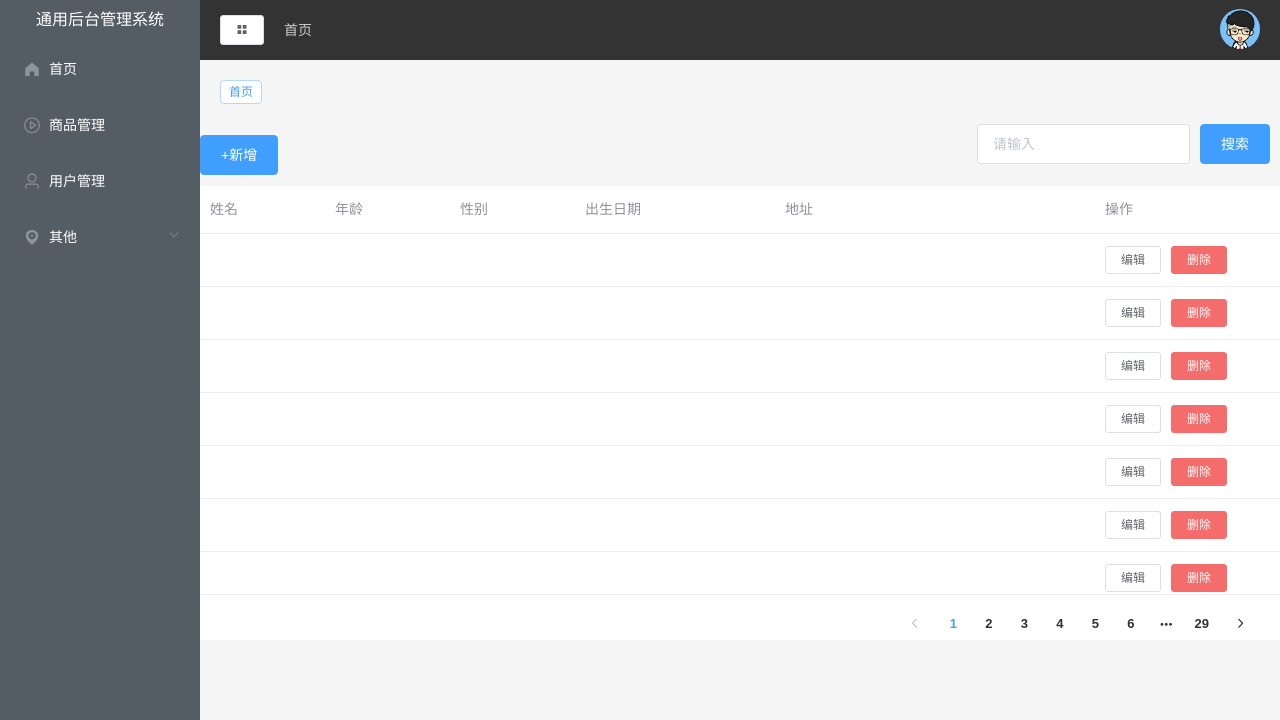
Repository: erwtt/git-demo
Page: /user (app in 后台管理系统/)
The author's editor kept a copy of each file at every save. The page is drawn from the files as they stood at one save, then again after the next save.
The browser window is 1280 px wide. The pictures show the whole page.
An inner scrolling area shows only its first screen. The project was rebuilt for these pictures with package versions that can differ from the ones it lists, and the page was loaded fresh each time. Also part of the build but not shown: 后台管理系统/vue.config.js.

Above is the page before, as saved 2022-05-17 20:59:51.

### 后台管理系统/src/App.vue
<template>
  <div>
    <router-view></router-view>
  </div>
</template>

<script>

export default {
  name:'app',

}

</script>

<style>
  html,body{
    margin:0;
    padding: 0;
  }
</style>

### 后台管理系统/src/store/index.js
import Vue from 'vue'
import Vuex from 'vuex'
import tab from './tab'
Vue.use(Vuex)


export default new Vuex.Store({
    modules:{
        tab
    }
})

### 后台管理系统/api/mock.js
import Mock from 'mockjs'
import homeApi from './mockServeData/home.js'
import userApi from './mockServeData/user'

Mock.mock('/api/home/getData',homeApi.getStatisticalData)
Mock.mock(/api\/user\/add/,'post',userApi.createUser)               // '\'表示反转义，表明后面是字符串
Mock.mock(/api\/user\/edit/,'post',userApi.updateUser)
Mock.mock(/api\/user\/getUser/,'get',userApi.getUserList)
Mock.mock(/api\/user\/del/,'post',userApi.deleteUser)

### 后台管理系统/src/views/main.vue
<template>
  <el-container style="height: 100%">
    <el-aside width="auto">
      <common-aside></common-aside>
    </el-aside>
    <el-container>
      <el-header>
        <common-header></common-header>
      </el-header>
      <common-tag></common-tag>
      <el-main>
        <router-view></router-view>
      </el-main>
    </el-container>
  </el-container>

</template>

<script>
//import CommonHeaderVue from '@/components/CommonHeader.vue'
//import { component } from 'vue/types/umd'
import CommonAside from '../components/CommonAside.vue'
import CommonHeader from '../components/CommonHeader.vue'
import CommonTag from '../components/CommonTag.vue'
export default {
  name:'Home',
  data(){
    return{

    }
  },
  components:{
    CommonAside,
    CommonHeader,
    CommonTag
  }
}
</script>

<style lang='less' scoped>
  .el-header{
    background: #333;
  }
  .el-main{
    padding: 0;
  }
</style>

### 后台管理系统/src/views/user/index.vue
<template>
  <div class="manage">
     <el-dialog
        :title="operateType === 'add' ? '新增用户' : '更新用户'"
        :visible.sync="isShow"
      >
        <common-form
            :formLabel="operateFormLabel"
            :form="operateForm"
            :inline="true"
            ref="form"
        ></common-form>
        <div slot="footer" class="dialog-footer">
            <el-button @click="isShow = false">取消</el-button>
            <el-button type="primary" @click="confirm">确定</el-button>
        </div>
        </el-dialog>
        <div class="manage-header">
            <el-button type="primary" @click="addUser">+新增</el-button>
             <common-form
            :formLabel="formLabel"
            :form="searchForm"
            :inline="true"
            ref="form"
        >
            <el-button type="primary" @click="getList(searchForm.keyword)" >搜索</el-button>
        </common-form>
        </div>
         <!-- ------------------------表格 ----------------------->
        <common-table
            :tableData="tableData"
            :tableLabel="tableLabel"
            :config="config"
            @changePage="getList()"
            @edit="editUser"
            @del="delUser"
        ></common-table>
  </div>
</template>

<script>
import CommonForm from '../../components/CommonForm.vue'
import {getUser} from '../../../api/data'
import CommonTable from '../../components/CommonTable.vue'
export default {
    name:'User',
    components:{
        CommonForm,
        CommonTable
    },
    data(){

       return{
            operateType:'add',
            isShow:false,
            operateFormLabel: [
                    {
                        model: 'name',
                        label: '姓名',
                        type: 'input'
                    },
                    {
                        model: 'age',
                        label: '年龄',
                        type: 'input'
                    },
                    {
                        model: 'sex',
                        label: '性别',
                        type: 'select',
                        opts: [
                            {
                                label: '男',
                                value: 1
                            },
                            {
                                label: '女',
                                value: 0
                            }
                        ]
                    },
                    {
                        model: 'birth',
                        label: '出生日期',
                        type: 'date'
                    },
                    {
                        model: 'addr',
                        label: '地址',
                        type: 'input'
                    }
                ],
                operateForm:{
                    name:'',
                    addr:'',
                    age:'',
                    birth:'',
                    sex:''
                },
                formLabel:[{
                    model:'keyword',
                    label:'',
                    type:'input'
                }],
                searchForm:{
                    keyword:''
                },
                tableData:[],
                tableLabel:[
                    {
                        prop:'name',
                        label:'姓名'
                    },
                    {
                        prop:'age',
                        label:'年龄'
                    },
                    {
                        prop:'sex',
                        label:'性别'
                    },
                    {
                        prop:'birth',
                        label:'出生日期',
                        width:200
                    },
                    {
                        prop:'addr',
                        label:'地址',
                        width:320
                    }
                ],
                config:{
                    page:1,
                    total:30,
                    loading:false
                }
        }
    },
    methods: {
        confirm(){
            if(this.operateType === 'edit'){
                this.$http.post('api/user/edit',this.operateForm).then(res =>{
                    this.isShow = false
                    console.log(res)
                    this.getList()
                })
            }
            else{
                this.$http.post('api/user/add', this.operateForm).then(res => {
                    this.isShow = false
                     console.log(res)
                     this.getList()
                })
            }
        },
        addUser(){
            this.isShow = true;
            this.operateType = 'add'
            this.operateForm={
                    name:'',
                    addr:'',
                    age:'',
                    birth:'',
                    sex:''
            }
        },
        getList(name){
             console.log(name)
             //console.log(this.operateForm.name)
             this.config.loading = true
                name ? (this.config.page = 1) : ''
            getUser({
                page:this.config.page,
                name
            }).then(res=>{
                console.log(res,'res')
                this.tableData = res.data.list.map(item=>{
                    item.sexLabel = item.sex === 0 ? "女":"男"
                    return item
                })
                this.config.total = res.data.count
                this.config.loading = false
            })

        },
        editUser(row){
            console.log(row)
            console.log(this.operateForm)
            this.operateType = 'edit'
            this.operateForm = row
            this.isShow = true
            console.log(row)
        },
        delUser(row){
            this.$confirm("此操作将删除该组件，是否继续？","提示",{
                confirmButtonText:"确认",
                cancelButtonText:"取消",
                type:"warning"
            }).then(()=>{
                const id = row.id
                this.$http.get('api/user/del',{
                    params:{id}
                }).then(res=>{
                    this.$manage({
                        type:'success',
                        message:'删除成功',
                    })
                    this.getList()
                })
            })

        }
    },
    created(){
        this.getList()
    }

}
</script>

<style lang="less" scoped>
.manage-header{
    display:flex;
    justify-content:space-between ;
    align-items:center;
}

</style>

### 后台管理系统/src/assets/less/home.less
.home {
    .user {
      display: flex;
      align-items: center;
      padding-bottom: 20px;
      margin-bottom: 20px;
      border-bottom: 1px solid #ccc;
      img {
        width: 150px;
        height: 150px;
        border-radius: 50%;
        margin-right: 40px;
      }
      &info {
        .name {
          font-size: 32px;
          margin-bottom: 10px;
        }
        .access {
          color: #999999;
        }
      }
    }
    .login-info {
      p {
        line-height: 28px;
        font-size: 14px;
        color: #999999;
        span {
          color: #666666;
          margin-left: 60px;
        }
      }
    }
    .num {
      display: flex;
      flex-wrap: wrap;
      justify-content: space-between;
      .el-card {
        width: 32%;
        margin-bottom: 20px;
      }
      .icon {
        font-size: 30px;
        width: 80px;
        height: 60px;
        text-align: center;
        line-height: 60px;
        color: #fff;
      }
      .detail {
        margin-left: 15px;
        display: flex;
        flex-direction: column;
        justify-content: center;
        .num {
          font-size: 30px;
          margin-bottom: 10px;
        }
        .txt {
          font-size: 14px;
          text-align: center;
          color: #999999;
        }
      }
    }
    .graph {
      margin-top: 20px;
      display: flex;
      justify-content: space-between;
      .el-card {
        width: 48%;
      }
    }
  }

### 后台管理系统/src/components/CommonAside.vue
<template>
<div>
<!-- <el-radio-group v-model="isCollapse" style="margin-bottom: 20px;">
  <el-radio-button :label="false">展开</el-radio-button>
  <el-radio-button :label="true">收起</el-radio-button>
</el-radio-group> -->

  <el-menu
    default-active="1-4-1"
    class="el-menu-vertical-demo"
    @open="handleOpen"
    @close="handleClose"
    :collapse="isCollapse"
    background-color="#545c64"
    text-color='#fff'
    active-text-color='#ffd04b'
  >
    <h3>
        {{isCollapse ? '后台':'通用后台管理系统'}}
    </h3>
  <el-menu-item @click='clickMenu(item)' v-for='item in noChildren'  :index='item.path' :key='item.path'>
      <i :class='"el-icon-"+item.icon'></i>
      <span slot="title">{{item.label}}</span>
    </el-menu-item>
    <el-submenu v-for='item in hasChildren' :index='item.path' :key='item.path'>
      <template slot="title">
        <i :class="'el-icon-'+item.icon"></i>
        <span slot="title">{{item.label}}</span>
      </template>
      <el-menu-item-group  v-for='item2 in item.children' :key='item2.path'>

        <el-menu-item @click='clickMenu(item2)' :index="item2.path">{{item2.label}}</el-menu-item>


      </el-menu-item-group>


    </el-submenu>



  </el-menu>
  </div>
</template>

<style lang="less" scoped>
.el-menu-vertical-demo:not(.el-menu--collapse) {
  width: 200px;
  min-height: 400px;
}
.el-menu{


    height: 100vh;
    border:none;
         h3{
            color: #fff;
            text-align: center;
            line-height: 40px;
        }
}

</style>

<script>
//import {mapMutations,mapState} from 'vuex'
export default {
  data() {
    return {
      //isCollapse: false,
      menu:[
        {
          path: '/',
          name: 'home',
          label: '首页',
          icon: 's-home',
          url: 'Home/Home'
        },
        {
          path: '/mall',
          name: 'mall',
          label: '商品管理',
          icon: 'video-play',
          url: 'MallManage/MallManage'
        },
        {
          path: '/user',
          name: 'user',
          label: '用户管理',
          icon: 'user',
          url: 'UserManage/UserManage'
        },
        {
          label: '其他',
          icon: 'location',
          children: [
            {
              path: '/page1',
              name: 'page1',
              label: '页面1',
              icon: 'setting',
              url: 'Other/PageOne'
            },
            {
              path: '/page2',
              name: 'page2',
              label: '页面2',
              icon: 'setting',
              url: 'Other/PageTwo'
            }
          ],
        }
      ]
    };
  },
  methods: {
    handleOpen(key, keyPath) {
      console.log(key, keyPath);
    },
    handleClose(key, keyPath) {
      console.log(key, keyPath);
    },
    clickMenu(item){
        this.$router.push({
            name:item.name
        })
        this.$store.commit('tab/selectMenu',item)
    }
  },
  computed:{
      noChildren(){
          return this.menu.filter(item=> !item.children)
      },
      hasChildren(){
          return this.menu.filter(item => item.children)
      },

      isCollapse(){
        return this.$store.state.tab.isCollapse
      }
  }
};
</script>

### 后台管理系统/src/components/CommonHeader.vue
<template>
  <header>
      <div class='l-content'>
          <el-button @click="dropdownClick" plain icon='el-icon-menu' size='mini'></el-button>
          <!-- <h3 style="color:#fff">首页</h3> -->
          <el-breadcrumb separator="/">
            <el-breadcrumb-item style="color:#dfa" v-for='item in tags' :key='item.path' :to="{ path: item.path }">{{item.label}}</el-breadcrumb-item>

        </el-breadcrumb>
      </div>
      <div class='r-content'>
          <el-dropdown  trigger="click" size='mini'>
              <span>
                  <img class='user' :src="userImg" >
              </span>
            <el-dropdown-menu slot="dropdown">
              <el-dropdown-item>个人中心</el-dropdown-item>
              <el-dropdown-item>退出</el-dropdown-item>
            </el-dropdown-menu>
          </el-dropdown>

      </div>
  </header>
</template>

<script>
import {mapMutations,mapState} from 'vuex'
export default {
    name:'CommonHeader',
    data(){
        return{
            userImg:require('../assets/images/user.png')
        }
    },
    methods: {
        // dropdownClick(){
        //     this.$store.commit('collapseMenu')
        // }
        ...mapMutations('tab',{dropdownClick:'collapseMenu'})

    },
    computed:{
        ...mapState({
            tags:state => state.tab.tabsList
        })
    }
}
</script>

<style  lang='less' scoped>
    header{
        display: flex;
        height: 100%;
        justify-content: space-between;
        align-items:center ;
    }
    .l-content{
        display: flex;
        align-content: center;
        .el-button{
            margin-right:20px;
        }
        .el-breadcrumb {
            line-height: 30px;
        }
       .el-breadcrumb  /deep/  .el-breadcrumb__inner
      {
        color: #ccc !important;				//你想要设置的字体颜色
    }
    }
    .r-content{
        .user{
            width: 40px;
            height: 40px;
            border-radius:50%;
        }
    }
</style>

### 后台管理系统/src/components/CommonTag.vue
<template>
  <div class='tabs'>
      <el-tag size='small' v-for='(tag, index) in tags' :key="tag.name" :closable="tag.name !== 'home'"
      :effect="$route.name === tag.name ? 'dark' : 'plain'"
      @click="changeMenu(tag)"
      @close='handleClose(tag, index)'>
         {{tag.label}}
      </el-tag>
  </div>
</template>

<script>
import {mapState,mapMutations} from 'vuex'
export default {
    name:'CommonTag',
    data(){
        return {

        }
    },
    computed:{
        ...mapState({
            tags:state => state.tab.tabsList
        }
        )
    },
    methods: {
        changeMenu(item){
            this.$router.push({name: item.name})
        },
        handleClose(tag, index){
            const length = this.tags.length-1
            this.close(tag)
            if(tag.name !== this.$route.name)
            return;
            if(index === length){
                this.$router.push({
                    name:this.tags[index-1].name
                })
            }
            else{
                this.$router.push({
                    name:this.tags[index].name
                })
            }
        },
        ...mapMutations('tab',{close:'closeTag'})
    },
}
</script>

<style lang="less" scoped>
    .tabs{
        padding: 20px;
        .el-tag{
            margin-right: 15px;
            cursor: pointer;
        }
    }
</style>

### 后台管理系统/api/data.js
import axios from "./axios";

export const getMenu = (param) => {
    return axios.request({
        url:'/permission/getMenu',
        method:'post',
        data:param
    })
}

export const getData = () =>{
    return axios.request({
        url:'/home/getData'
    })
}

export const getUser = (params) =>{
    console.log(params)
    return axios.request({
        url:'/user/getUser',
        method:'get',
        params
    })
}

### 后台管理系统/src/components/CommonForm.vue
<template>
  <el-form ref="form" label-width="100px" :model="form" :inline="inline">
    <el-form-item
      v-for="item in formLabel"
      :key="item.label"
      :label="item.label"
    >
      <el-input
        v-if="item.type === 'input'"
        :placeholder="'请输入' + item.label"
        v-model="form[item.model]"
      >
      </el-input>
      <el-switch v-if="item.type === 'switch'" v-model="form[item.model]">
      </el-switch>
      <el-date-picker
        v-if="item.type === 'date'"
        type="date"
        value-format="yyyy-MM-dd"
        placeholder="选择日期"
        v-model="form[item.model]"
      ></el-date-picker>
      <el-select
        v-if="item.type === 'select'"
        placeholder="请选择"
        v-model="form[item.model]"
      >
        <el-option
            v-for="item in item.opts"
            :key="item.value"
            :label="item.label"
            :value="item.value"
        ></el-option>
      </el-select>
    </el-form-item>
    <el-form-item><slot></slot></el-form-item>
  </el-form>
</template>

<script>
export default {
  name: "CommonForm",
  props: {
    formLabel: Array,
    form: Object,
    inline: Boolean,
  },
  data(){
      return{

      }
  }
};
</script>

<style>
</style>

### 后台管理系统/src/components/CommonTable.vue
<template>
    <div class="common-table">
        <el-table :data="tableData" height="90%" script>
            <el-table-column
            show-overflow-tooltip
            v-for="item in tableLabel"
            :key="item.prop"
            :label="item.label"
            :width="item.width ? item.width : 125"
            >
            <!-- <template slot-scope="scope">
                <span style="margin-left: 10px">{{scope.row[item.prop]}}</span>
            </template> -->
            </el-table-column>
            <el-table-column label="操作" min-width="180">
                <el-button size="mini" @click="handleEdit( JSON.parse(JSON.stringify(row)))">编辑</el-button>
                <el-button size="mini" type="danger" @click="handleDelete( JSON.parse(JSON.stringify(row)))">删除</el-button>
            </el-table-column>
        </el-table>
        <el-pagination
            class="pager"
            layout="prev,pager,next"
            :total="config.total"
            :current-page.sync="config.page"
            @current-change="changePage"

            :page-size="7"
        >

        </el-pagination>
    </div>
</template>

<script>
export default {
    name:'CommonTable',
    props:{
        tableData:Array,
        tableLabel:Array,
        config:Object,

    },
    data(){
        return{}
    },
    methods:{
        handleEdit(row){
            console.log(row)
            this.$emit('edit',row)
        },
        handleDelete(row){
            this.$emit('del',row)
        },
        changePage(page){
            this.$emit('changePage',page)
        }
    }
}
</script>

<style lang="less" scoped>
    .common-table{
        height: calc(100% - 62px);
        background-color:#fff;
        position:relative;
        .pager{
            position:absolute;
            bottom:0;
            right:20px;
        }
    }
</style>

### 后台管理系统/config/index.js
export default{
    baseURL:{
        dev:'/api/',           //开发者环境
        pro:''                 //生产者环境
    }
}

Loaded but not shown: 后台管理系统/public/index.html (common file); 后台管理系统/src/assets/less/index.less (common file); 后台管理系统/src/assets/less/common.less (common file); 后台管理系统/src/assets/less/reset.less (common file); 后台管理系统/api/mockServeData/user.js (142 lines, source omitted); 后台管理系统/api/mockServeData/home.js (135 lines, source omitted); 后台管理系统/src/store/tab.js (51 lines, source omitted); 后台管理系统/api/axios.js (49 lines, source omitted); 后台管理系统/src/router/index.js (42 lines, source omitted); 后台管理系统/src/main.js (26 lines, source omitted)

After the next save:
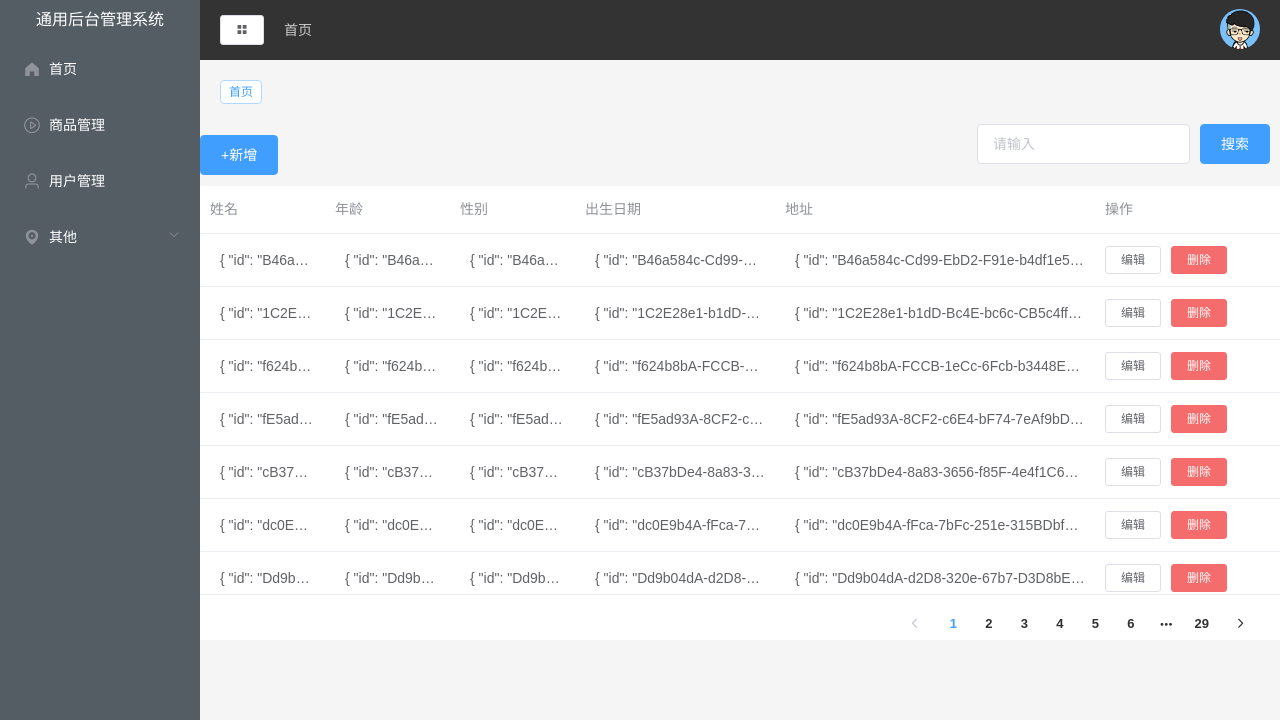
Saved 89 min 46 s later.
--- a/后台管理系统/src/components/CommonTable.vue
+++ b/后台管理系统/src/components/CommonTable.vue
@@ -8,13 +8,13 @@
             :label="item.label"
             :width="item.width ? item.width : 125"
             >
-            <!-- <template slot-scope="scope">
-                <span style="margin-left: 10px">{{scope.row[item.prop]}}</span>
-            </template> -->
+            <template slot-scope="scope">
+                <span style="margin-left: 10px">{{scope.row}}</span>
+            </template>
             </el-table-column>
             <el-table-column label="操作" min-width="180">
-                <el-button size="mini" @click="handleEdit( JSON.parse(JSON.stringify(row)))">编辑</el-button>
-                <el-button size="mini" type="danger" @click="handleDelete( JSON.parse(JSON.stringify(row)))">删除</el-button>
+                <el-button size="mini" @click="handleEdit(scope.row)">编辑</el-button>
+                <el-button size="mini" type="danger" @click="handleDelete(scope.row)">删除</el-button>
             </el-table-column>
         </el-table>
         <el-pagination

After the save that followed:
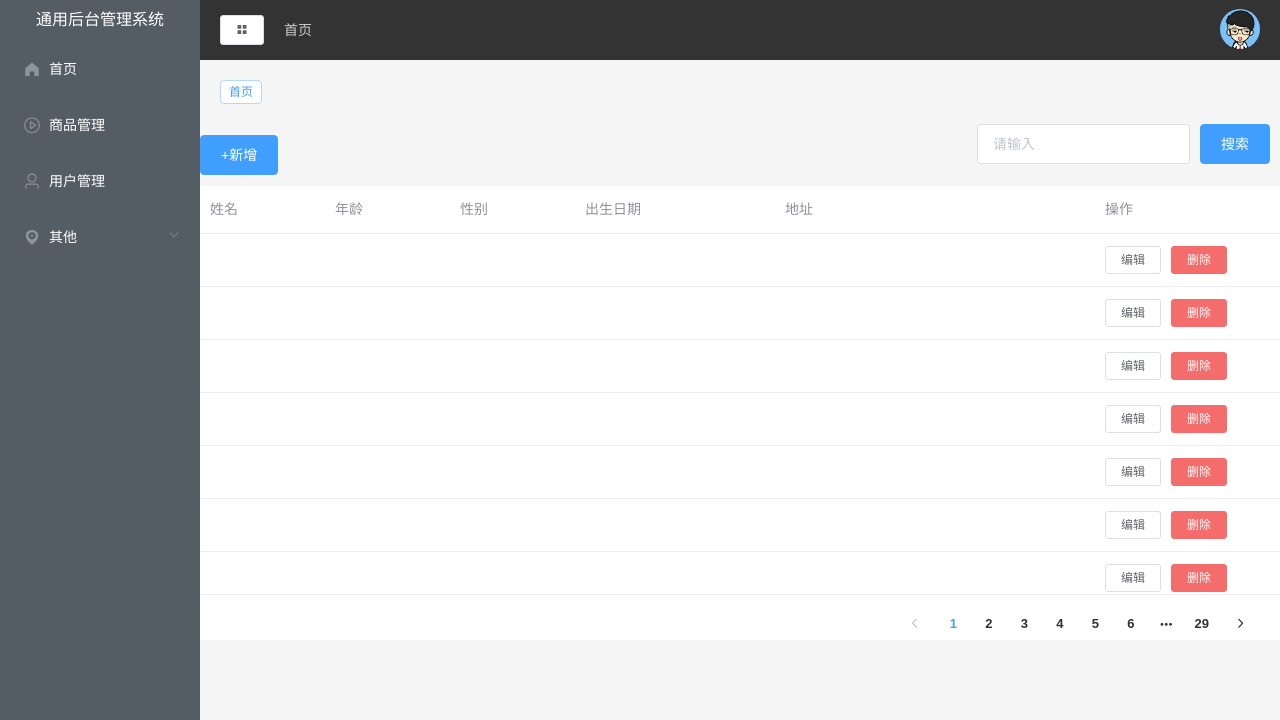
Saved 3 min 58 s later.
--- a/后台管理系统/src/components/CommonTable.vue
+++ b/后台管理系统/src/components/CommonTable.vue
@@ -8,9 +8,7 @@
             :label="item.label"
             :width="item.width ? item.width : 125"
             >
-            <template slot-scope="scope">
-                <span style="margin-left: 10px">{{scope.row}}</span>
-            </template>
+
             </el-table-column>
             <el-table-column label="操作" min-width="180">
                 <el-button size="mini" @click="handleEdit(scope.row)">编辑</el-button>
